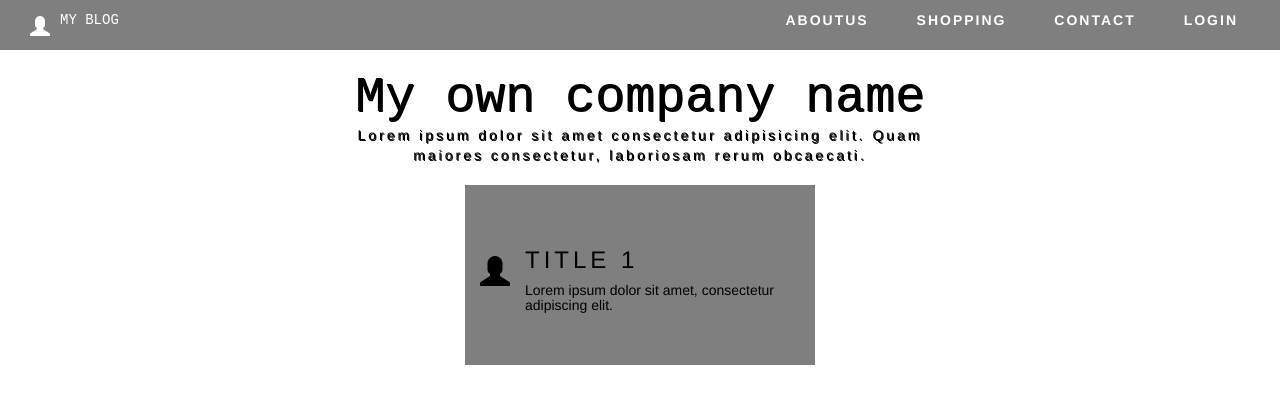
Repository: alikahwaji/HTML-CSS
Page: index.html
These files come from the project's save history. The page is drawn as it stood at one moment and after the next save; the edit follows.
The browser window is 1280 px wide. The pictures show the whole page.

Above is the page before, as saved 2019-10-07 15:26:08.

### index.html
<!DOCTYPE html>
  <head>
    <meta charset="utf-8">
    <meta http-equiv="X-UA-Compatible" content="IE=edge">
    <title></title>
    <meta name="description" content="">
    <meta name="viewport" content="width=device-width, initial-scale=1">
    <link rel="stylesheet" href="https://maxcdn.bootstrapcdn.com/bootstrap/3.3.7/css/bootstrap.min.css">
    <link rel="stylesheet" href="./style.css">
  </head>
  <body>
    <header>
      <div>
        <i class="glyphicon glyphicon-user"></i>
        <p>MY BLOG</p>
      </div>
      <nav>
        <ul>
          <li><a href="#">Aboutus</a></li>
          <li><a href="#">Shopping</a></li>
          <li><a href="#">Contact</a></li>
          <li><a href="#">Login</a></li>
        </ul>
      </nav>
    </header>

    <section class="titles">
      <h1>My own company name</h1>
      <p>Lorem ipsum dolor sit amet consectetur adipisicing elit.
        Quam maiores consectetur, laboriosam rerum obcaecati.</p>
    </section>

    <section class="container-boxes">
      <div class="box">
        <div class="icon">
          <a href=""><i class="glyphicon glyphicon-user"></i></a>
        </div>
        <div class="text">
          <a href="">
              <h3>Title 1</h3>
              <p>Lorem ipsum dolor sit amet, consectetur adipiscing elit.</p>
          </a>
        </div>
      </div>
    </section>
  </body>
</html>

### style.css
header{
  display: flex;
  justify-content: space-between;
  color: white;
  background: rgba(0, 0, 0, 0.5)
}

header div {
  display: flex;
  justify-content: space-between;
  align-items: center;
  font-family: 'Courier New', Courier, monospace;
  margin: 0 2rem;
}

header div i {
  font-size: 2rem;
  margin: 1rem;
}

header nav {
  padding: 1rem 2rem;
}

nav ul li {
  list-style: none;
  display: inline;
  text-transform: uppercase;
  font-weight: bold;
  letter-spacing: 2px;
  padding: 2px;
}

nav li a {
  padding: 1rem;
  margin: 1rem;
  text-decoration: none;
  color: white;
  transition: all 250ms ease-in;
}

nav li a:hover{
  background: rgba(255, 255, 255, .3);
  color: black;
}

.titles{
  color: black;
  text-align: center;
  width: 50vw;
  margin: 0 auto;
}

.titles h1 {
  font-family: 'Courier New', Courier, monospace;
  font-size: 5rem;
  margin-bottom: 0;
  text-shadow: 1px 1px 0 black;
}

.titles p {
  letter-spacing: 3px;
  text-shadow: 1px 1px 0 black;
}

.container-boxes{
  margin: 0 auto;
  padding: 0;
  display: flex;
  justify-content: space-around;
  align-items: flex-end;
  max-width: 80vw;
}

.box {
  background: rgba(0, 0, 0, 0.5);
  margin: 1rem;
  padding: .5rem;
  display: flex;
  justify-items: space-between;
  align-items: center;
  max-width: 350px;
  max-height: 180px;
  min-height: 180px;
  transition: all 250ms ease-out;
}

.box:hover {
  background: rgba(255, 255, 255, .7);
  transform: translateY(-20%);
}

.box a {
  text-decoration: none;
  color: black;
}

.icon {
  font-size: 3rem;
  padding: 1rem;
}

.text h3 {
  text-transform: uppercase;
  letter-spacing: 4px;
  margin-bottom: 0;
}

.text p {
  margin-top: 1rem;
  line-height: 1.5rem;
  text-align: left;
}

.text {
  padding: .5rem;
}

After the next save:
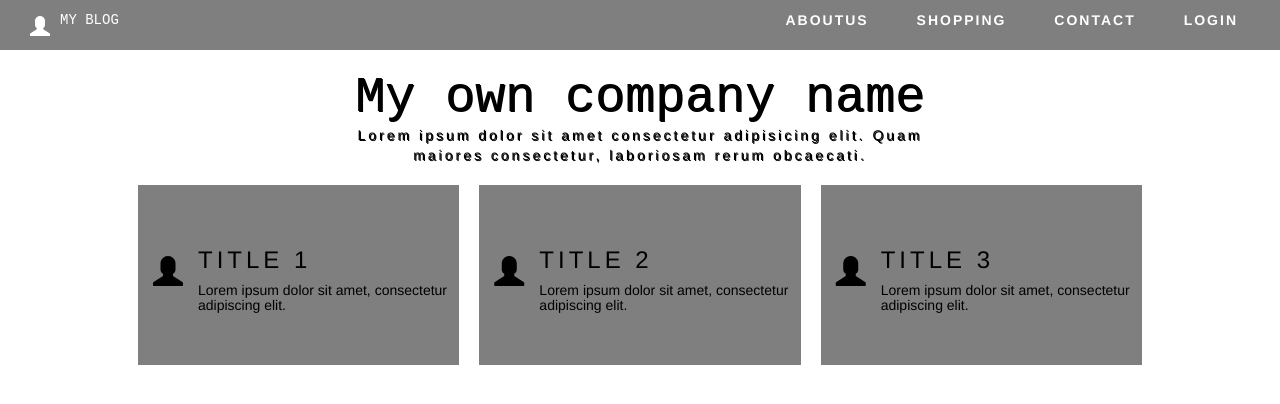
Saved 6 h 4 min later.
--- a/index.html
+++ b/index.html
@@ -42,6 +42,32 @@
           </a>
         </div>
       </div>
+
+      <div class="box">
+          <div class="icon">
+            <a href=""><i class="glyphicon glyphicon-user"></i></a>
+          </div>
+          <div class="text">
+            <a href="">
+                <h3>Title 2</h3>
+                <p>Lorem ipsum dolor sit amet, consectetur adipiscing elit.</p>
+            </a>
+          </div>
+        </div>
+
+        <div class="box">
+            <div class="icon">
+              <a href=""><i class="glyphicon glyphicon-user"></i></a>
+            </div>
+            <div class="text">
+              <a href="">
+                  <h3>Title 3</h3>
+                  <p>Lorem ipsum dolor sit amet, consectetur adipiscing elit.</p>
+              </a>
+            </div>
+          </div>
+
+
     </section>
   </body>
 </html>
